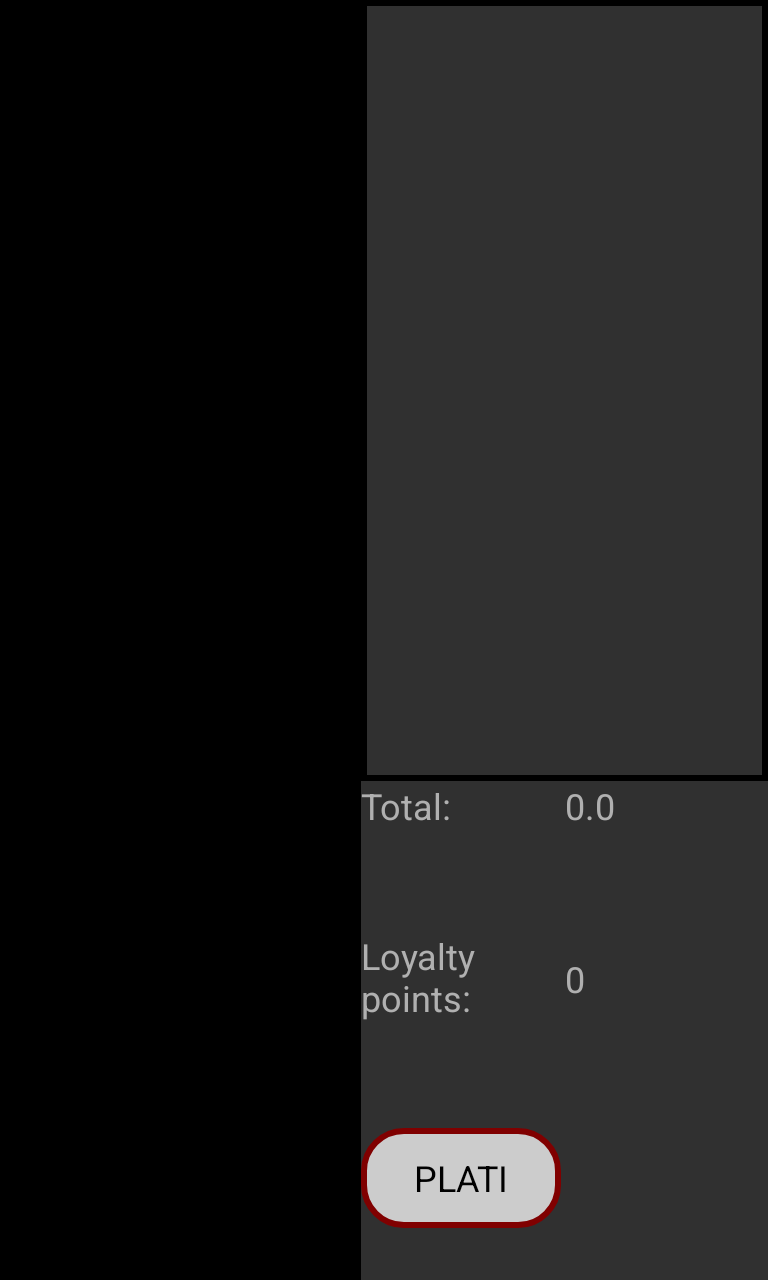
Repository: dzenisahusic/AndroidApp
Layout: Edit2014Sales/res/layout/fragment_kasa.xml
These files come from the project's save history. The layout is drawn as it stood at one moment and after the next save; the edit follows.
It is drawn on a 768 x 1280 px phone screen (xhdpi) without system bars, with theme AppTheme; the app's code is not run. Lists and similar views that code fills are empty.

Above is the layout before, as saved 2014-07-15 18:52:40.

### Edit2014Sales/res/layout/fragment_kasa.xml
<RelativeLayout xmlns:android="http://schemas.android.com/apk/res/android"
    xmlns:tools="http://schemas.android.com/tools"
    android:id="@+id/layoutKasa"
    android:layout_width="match_parent"
    android:layout_height="fill_parent"
    tools:context="${relativePackage}.${activityClass}" >

    <RelativeLayout
        android:layout_width="match_parent"
        android:layout_height="match_parent"
        android:layout_alignParentBottom="true"
        android:layout_alignParentLeft="true"
        android:layout_alignParentRight="true"
        android:layout_alignParentTop="true"
        >

        <!-- Glavni layout -->
        <LinearLayout
            android:layout_width="fill_parent"
            android:layout_height="fill_parent"
            android:layout_weight="6"
            android:shape="rectangle"
            android:color="#000000"
            android:layout_alignParentLeft="true"
            android:layout_alignParentTop="true"
            android:background="#000000" >

            <!-- Desni layout -->

            <LinearLayout
                android:layout_width="238dp"
                android:layout_height="fill_parent"
                android:layout_weight="3"

                android:orientation="vertical"
                >

                <ListView android:id="@+id/list"
                                    android:layout_width="fill_parent"
                                    android:layout_height="fill_parent"
                                    />


            </LinearLayout>

            <!-- Lijevi layout -->
            <LinearLayout
                android:layout_width="261dp"
                android:layout_height="fill_parent"
                android:background="#303030"
                android:orientation="vertical"
                android:layout_weight="3" >

                                <!-- Gornji layout -->

                <LinearLayout
                    android:layout_width="fill_parent"
                    android:layout_height="184dp"
                    android:layout_weight="2"

                    android:orientation="vertical"
                     android:background="@drawable/krug"
                     >

                    <ListView android:id="@+id/list_racun"
    android:layout_width="fill_parent"
    android:layout_height="fill_parent"
    android:divider="#FFFFFF"

        							android:dividerHeight="4px"/>

                </LinearLayout>

                                <!-- Donji layout -->

                <LinearLayout
                    android:layout_width="fill_parent"
                    android:layout_height="wrap_content"
                    android:layout_weight="1"
                    android:background="#303030"
                    android:orientation="horizontal" >

                    <LinearLayout
                        android:layout_width="fill_parent"
                        android:layout_height="match_parent"
                        android:layout_weight="0.5"
                        android:background="#303030"
                        android:orientation="vertical" >

                        <LinearLayout
                            android:layout_width="match_parent"
                            android:layout_height="wrap_content"
                            android:layout_weight="0.24"
                            android:orientation="vertical" >

                            <TextView
                                android:id="@+id/textTotal"
                                android:layout_width="wrap_content"
                                android:layout_height="wrap_content"
                                android:textColor="#B0B0B0"
                                android:text="Total:"
                                android:clickable="true"
                                 android:onClick = "onClickmyTextView"
                                android:textAppearance="?android:attr/textAppearanceMedium" />

                        </LinearLayout>

                        <LinearLayout
                            android:layout_width="match_parent"
                            android:layout_height="wrap_content"
                            android:layout_weight="0.25"
                            android:orientation="vertical" >

                            <TextView
                                android:id="@+id/textLoyalty"
                                android:layout_width="wrap_content"
                                android:layout_height="wrap_content"
                                android:textColor="#B0B0B0"
                                android:text="Loyalty points:"
                                android:textAppearance="?android:attr/textAppearanceMedium" />

                        </LinearLayout>

                    </LinearLayout>

                     <LinearLayout
                         android:layout_width="fill_parent"
                         android:layout_height="match_parent"
                         android:layout_weight="0.5"
                         android:background="#303030"
                         android:orientation="vertical" >

                         <LinearLayout
                             android:layout_width="match_parent"
                             android:layout_height="wrap_content"
                             android:layout_weight="0.25"
                             android:textColor="#B0B0B0"
                             android:orientation="vertical" >

                             <TextView
                                 android:id="@+id/total"
                                 android:layout_width="wrap_content"
                                 android:layout_height="wrap_content"
                                 android:text="0.0"
                                 android:textColor="#B0B0B0"
                                 android:textAppearance="?android:attr/textAppearanceMedium" />

                         </LinearLayout>

                         <LinearLayout
                             android:layout_width="match_parent"
                             android:layout_height="wrap_content"
                             android:layout_weight="0.25"
                             android:orientation="vertical" >

                             <TextView
                                 android:id="@+id/loyalty"
                                 android:layout_width="wrap_content"
                                 android:layout_height="wrap_content"
                                 android:textColor="#B0B0B0"
                                 android:text="0"
                                 android:textAppearance="?android:attr/textAppearanceMedium" />

                         </LinearLayout>


                    </LinearLayout>



                </LinearLayout>

  <LinearLayout
                             android:layout_width="match_parent"
                             android:layout_height="wrap_content"
                             android:layout_weight="0.25"
                             android:orientation="horizontal" >

                           <Button
                    android:id="@+id/plati"
                    android:layout_width="100dp"
                    android:layout_height="50dp"
                    android:text="PLATI"
                    android:layout_centerHorizontal="true"
                    android:background="@drawable/rounded_corner_top"/>

                         </LinearLayout>
            </LinearLayout>

        </LinearLayout>

    </RelativeLayout>

</RelativeLayout>

### Edit2014Sales/res/values/styles.xml
<resources>

    <!--
        Base application theme, dependent on API level. This theme is replaced
        by AppBaseTheme from res/values-vXX/styles.xml on newer devices.
    -->
    <style name="AppBaseTheme" parent="android:Theme.Light">
        <!--
            Theme customizations available in newer API levels can go in
            res/values-vXX/styles.xml, while customizations related to
            backward-compatibility can go here.
        -->
    </style>

    <!-- Application theme. -->
    <style name="AppTheme" parent="AppBaseTheme">
        <!-- All customizations that are NOT specific to a particular API-level can go here. -->
    </style>
 <style name="Animations" />

    <style name="Animations.PopDownMenu" />

    <style name="Animations.PopDownMenu.Left">
        <item name="@android:windowEnterAnimation">@anim/grow_from_topleft_to_bottomright</item>
        <item name="@android:windowExitAnimation">@anim/shrink_from_bottomright_to_topleft</item>
    </style>


    <style name="Animations.PopUpMenu" />

    <style name="Animations.PopUpMenu.Left">
        <item name="@android:windowEnterAnimation">@anim/grow_from_bottomleft_to_topright</item>
        <item name="@android:windowExitAnimation">@anim/shrink_from_topright_to_bottomleft</item>
    </style>
</resources>

### Edit2014Sales/res/drawable-hdpi/krug.xml
<?xml version="1.0" encoding="UTF-8"?>

  <shape xmlns:android="http://schemas.android.com/apk/res/android" android:shape="rectangle">
  <stroke
        android:width="3dp"
        android:color="#000000" >
    </stroke>
</shape>

### Edit2014Sales/res/drawable-hdpi/rounded_corner_top.xml
<?xml version="1.0" encoding="UTF-8"?>

  <shape xmlns:android="http://schemas.android.com/apk/res/android" android:shape="rectangle">
  <corners android:radius="20dp"/>
  <solid android:color="#CCCCCC"/>
  <stroke
        android:width="3dp"
        android:color="#800000" >
    </stroke>
</shape>

Loaded but not shown: Edit2014Sales/res/values-v11/styles.xml (common file); Edit2014Sales/res/values-v14/styles.xml (common file)

After the next save:
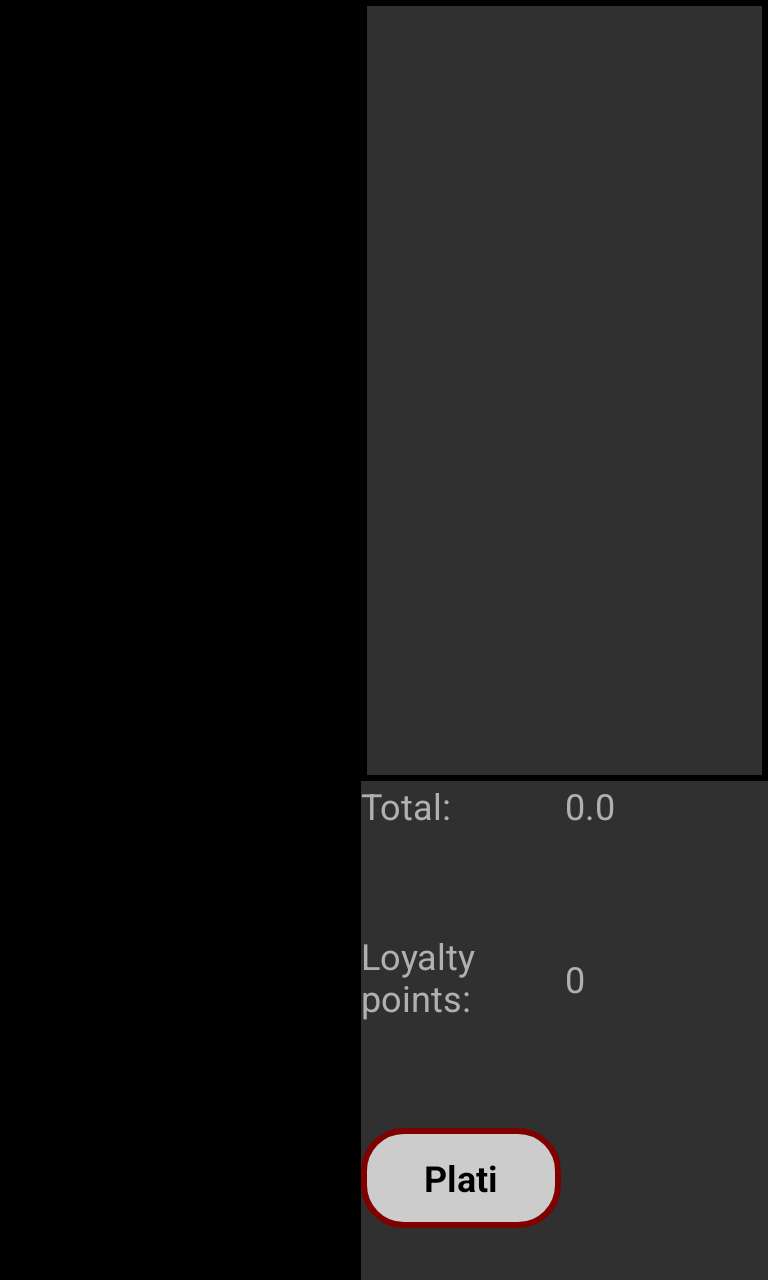
Saved 3 min 4 s later.
--- a/Edit2014Sales/res/layout/fragment_kasa.xml
+++ b/Edit2014Sales/res/layout/fragment_kasa.xml
@@ -176,13 +176,14 @@
                              android:layout_weight="0.25"
                              android:orientation="horizontal" >
 
-                           <Button
-                    android:id="@+id/plati"
-                    android:layout_width="100dp"
-                    android:layout_height="50dp"
-                    android:text="PLATI"
-                    android:layout_centerHorizontal="true"
-                    android:background="@drawable/rounded_corner_top"/>
+      <Button
+          android:id="@+id/plati"
+          android:layout_width="100dp"
+          android:layout_height="50dp"
+          android:background="@drawable/rounded_corner_top"
+          android:gravity="center"
+          android:text="Plati"
+          android:textStyle="bold" />
 
                          </LinearLayout>
             </LinearLayout>
